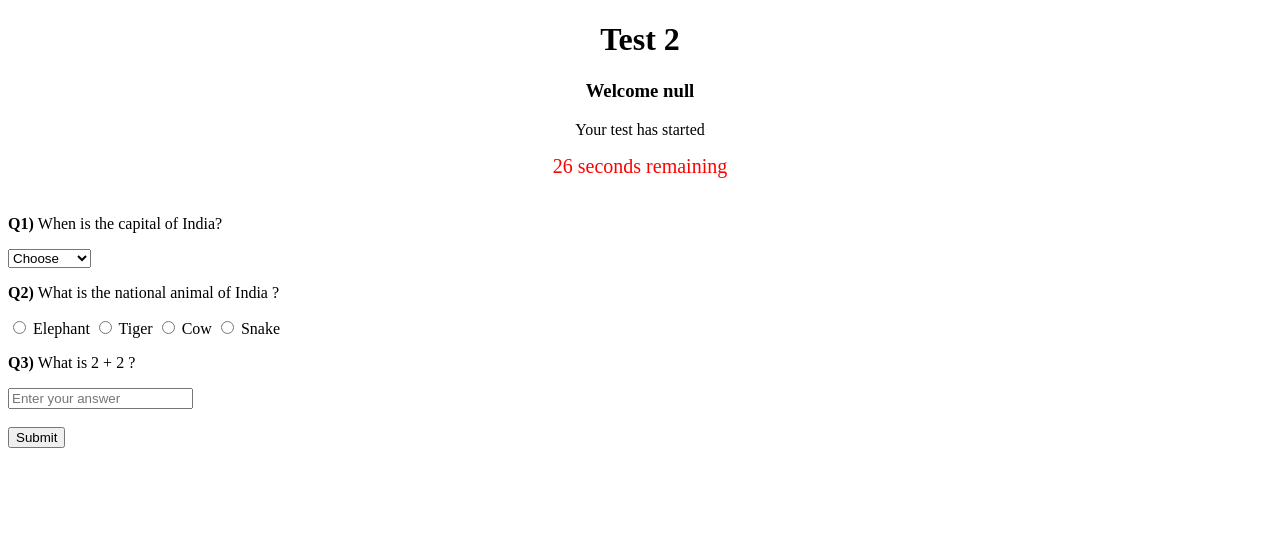
Repository: MriOj/OnlineExamPortal
Page: http://localhost/ExamPortal/test2.jsp
An editor plug-in stored every save of this project. The page is shown before and after the next save, followed by the edit.
The browser window is 1280 px wide. The pictures show the whole page.
The page is served by Tomcat 9. Other server files are loaded and not shown.

Above is the page before, as saved 2021-09-07 12:03:35.

### ExamPortal/src/main/webapp/test2.jsp
<%@ page language="java" contentType="text/html; charset=ISO-8859-1"
    pageEncoding="ISO-8859-1"%>
<!DOCTYPE html>
<html>
<head>
<meta charset="ISO-8859-1">
<title>Test 2 </title>
<style type="text/css">
.center {
text-align: center;
}
#uid{
visibility:hidden;}
#timer{
font-size:20px;
color:red;
}
</style>
</head>
<body>
<div class="center">
<h1 >Test 2</h1>
<h3> Welcome <%{out.println(request.getAttribute("userid"));} %></h3>
<p>Your test has started </p>
<div id="timer"></div>
</div>
<form action="than" method="post" id="yourForm">
<input type="text" id="uid" name="userid" value="<%{out.println(request.getAttribute("userid"));} %>">
<input type="text" id="uid" name="test" value="2">
<p><b>Q1) </b>When is the capital of India?</p>
 <select name="Q1">
        <option value="choose" >Choose</option>
        <option value="A" > Delhi  </option>
        <option value="B" > Mumbai </option>
        <option value="C" > Kolkata </option>
        <option value="D" > Bangalore </option>
    </select>

<p><b>Q2) </b>What is the national animal of India ?</p>
    <input type="radio" value="A" name="Q2" > Elephant
    <input type="radio" value="B" name="Q2"> Tiger
    <input type="radio" value="C" name="Q2">  Cow
    <input type="radio" value="D" name="Q2"> Snake

<p><b>Q3) </b>What is 2 + 2 ?</p>
     <input type="text" name="Q3" placeholder= "Enter your answer" /> <br><br>
<input type="submit"></input>
</form>
</body>
<script>
var timeLeft = 30;
var elem = document.getElementById('timer');
var timerId = setInterval(countdown, 1000);

function countdown() {
    if (timeLeft == -1) {
        clearTimeout(timerId);
        doSomething();
    } else {
        elem.innerHTML = timeLeft + ' seconds remaining';
        timeLeft--;
    }
}
function doSomething() {
	document.getElementById('yourForm').submit();;
    alert("Test Submitted");
}
</script>
</html>

After the next save:
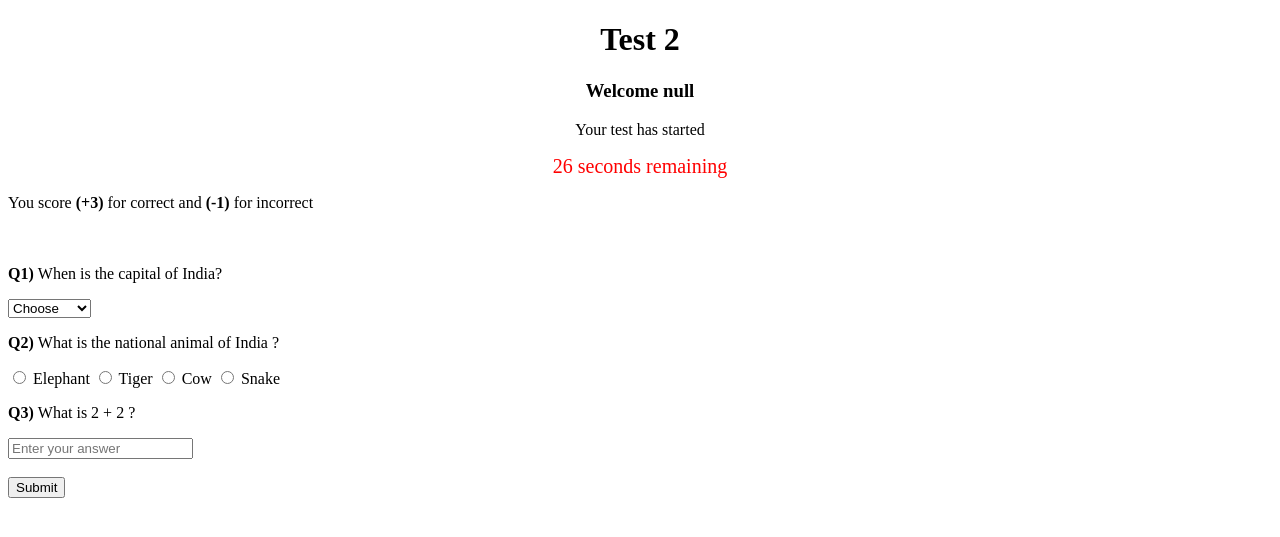
Saved 13 s later.
--- a/ExamPortal/src/main/webapp/test2.jsp
+++ b/ExamPortal/src/main/webapp/test2.jsp
@@ -24,6 +24,7 @@ color:red;
 <p>Your test has started </p>
 <div id="timer"></div>
 </div>
+<p>You score <b>(+3)</b> for correct and <b>(-1)</b> for incorrect</p>
 <form action="than" method="post" id="yourForm">
 <input type="text" id="uid" name="userid" value="<%{out.println(request.getAttribute("userid"));} %>">
 <input type="text" id="uid" name="test" value="2">
